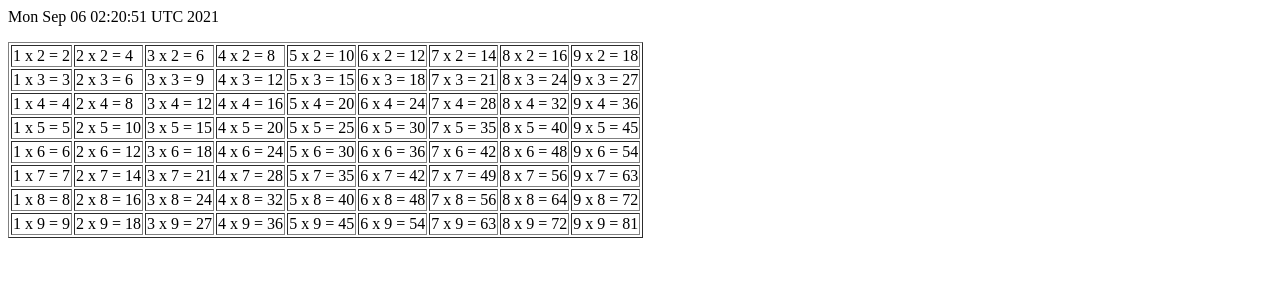
Repository: soobin10236/Class
Page: http://localhost/Web10/
An editor plug-in stored every save of this project. The page is shown before and after the next save, followed by the edit.
The browser window is 1280 px wide. The pictures show the whole page.
The page is served by Tomcat 9. Other server files are loaded and not shown.

Above is the page before, as saved 2021-09-08 02:59:22.

### Web10/src/main/webapp/index.jsp

<%@page import="java.util.Date"%>
<%@ page language="java" contentType="text/html; charset=EUC-KR"
	pageEncoding="EUC-KR"%>
<!DOCTYPE html>
<html>
<head>
<meta charset="EUC-KR">
<title>Insert title here</title>
</head>

<body>
	<%--

	<!-- ex) -->

	<% Date date = new Date(); %>
	<%= date %><br/>

	--%>

	<!-- ex9) 구구단 -->

	<% Date date = new Date(); %>
	<%= date %><p>
	<table border="1">
	<%
	int sum = 0;
	for(int i=1;i<=8;i++){

	%>
		<tr>
		<%for(int j=1;j<=9;j++){ %>
			<td><%=j%> x <%=i+1 %> = <%= (i+1)*j %></td>
		<%
		}%>
		</tr>
	<%} %>
	</table>
	<%-- <!-- ex8) html tag-->
	<% Date date = new Date(); %>
	<%= date %><br/>
	<button>호랑이</button>
	<hr/>
	<button>호랑이</button><p>
	<input type="text" value="초기값"/><br/>
	<input type="submit" value="submit"/><br/>
	<p>
	<select name ="color">
		<option value="red" selected>Red</option>
		<option value="blue">Blue</option>
		<option value="green">Green</option>
	</select> --%>

	<%-- <!-- ex7) JSP for문-->
	<body bgcolor = <%="green" %>>
	<% Date date = new Date(); %>
	<%= date %>

	<%
		String[] name = {"호랑이","독수리","원숭이","코끼리"};
	%>

	<table border="1" width="200">
	<%for(int i = 0; i < name.length; i++){ %>
		<tr>
			<%
				int temp = i * 10;
			%>
			<td><%=temp %></td>
			<td><%=name[i] %></td>
		</tr>
	<%} %>
	</table> --%>

	<%-- <!-- ex6) 테이블 출력 -->
	<% Date date = new Date(); %>
	<%= date %>
	<table border="1" width="200">
		<tr>
			<td><%=1 %></td>
			<td><%="호랑이" %></td>
		</tr>
		<tr>
			<td><%=2 %></td>
			<td><%="코끼리" %></td>
		</tr>
		<tr>
			<td><%=3 %></td>
			<td><%="독수리" %></td>
		</tr>
	</table> --%>


	<%-- <!-- ex5) import -->
	<% //java.util.Date date = new java.util.Date(); %>

	<%//@ page import = "java.util.*" %>
	<% Date date = new Date(); %>
	<%= date %> --%>


	<%-- <!-- ex4) JSP 선언문(함수작성) -->
	<h1>호랑이</h1>
	<%!
		void f1(javax.servlet.jsp.JspWriter out){
			try{
			out.print("method call");
			} catch(Exception e){
				e.printStackTrace();
			}
		}

		int f2(){
			return 999;
		}
	%>
	<%
		f1(out);

	// 표현식에는 ; 들어가면 안됨!
	%>
	<br/>
	<%=f2() %> --%>


	<%-- <!-- ex3) JSP 표현식 -->
	<h1>호랑이</h1>
	<%
		int num = 0;
		String s = "호랑이";
	%>
	출력 1 : <%=num %><br/>
	출력 2 : <%=s %><br/>	 --%>

	<%-- <!-- ex2) JSP 출력-->
	<h1>호랑이</h1>
	<%
		int num = 0;
		String s = "호랑이";
		out.println(num + "<br/>");
		out.println(s);
	%> --%>




	<%-- <!-- ex1) JSP 기초 4가지 -->
	1번 스크립트 릿 -> 자바코드 작성
	<% %>

	2번 표현식 -> 웹페이지에 출력 용도
	<%= %>

	3번 선언문(함수 작성) -> 잘 쓰이지 않는다.
	<%! %>

	4번 주석 잡기 <%-- -->
	자바코드 안에서는 자바에서 처럼 주석 잡으면 됨 --%>

</body>

</html>

After the next save:
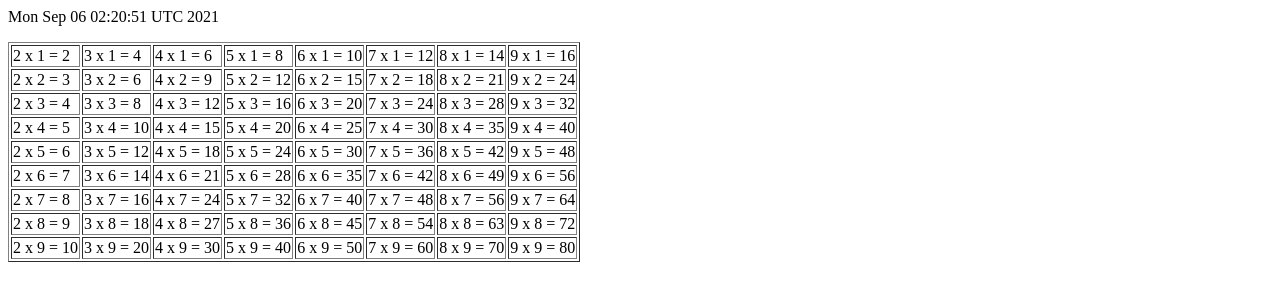
Saved 16 s later.
--- a/Web10/src/main/webapp/index.jsp
+++ b/Web10/src/main/webapp/index.jsp
@@ -26,12 +26,12 @@
 	<table border="1">
 	<%
 	int sum = 0;
-	for(int i=1;i<=8;i++){
+	for(int i=1;i<=9;i++){
 
 	%>
 		<tr>
-		<%for(int j=1;j<=9;j++){ %>
-			<td><%=j%> x <%=i+1 %> = <%= (i+1)*j %></td>
+		<%for(int j=1;j<=8;j++){ %>
+			<td><%=j+1%> x <%=i %> = <%= (i+1)*j %></td>
 		<%
 		}%>
 		</tr>
